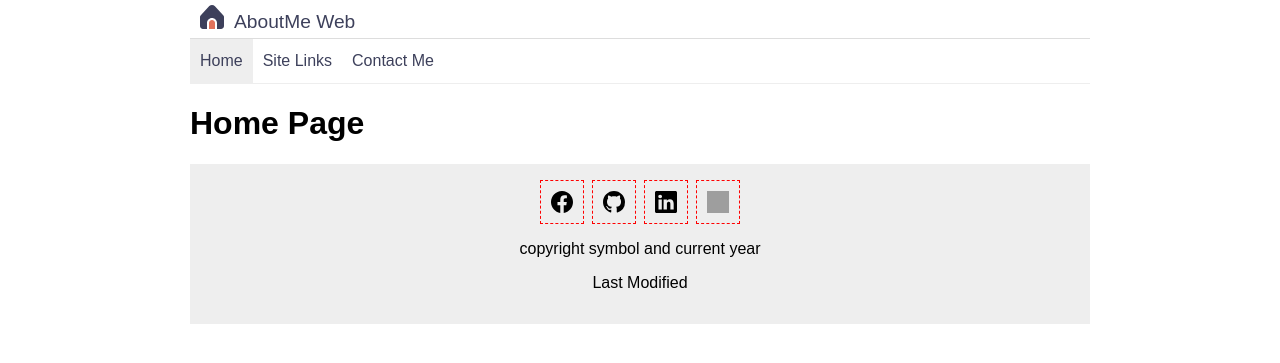
Repository: JoyUdoh106/wdd231
Page: index.html
An editor plug-in stored every save of this project. The page is shown before and after a run of saves, followed by the edit.
The browser window is 1280 px wide. The pictures show the whole page.
Pictures or frames that could not be fetched are drawn as grey boxes.

Above is the page before, as saved 2026-01-10 20:23:47.

After the next 2 saves:
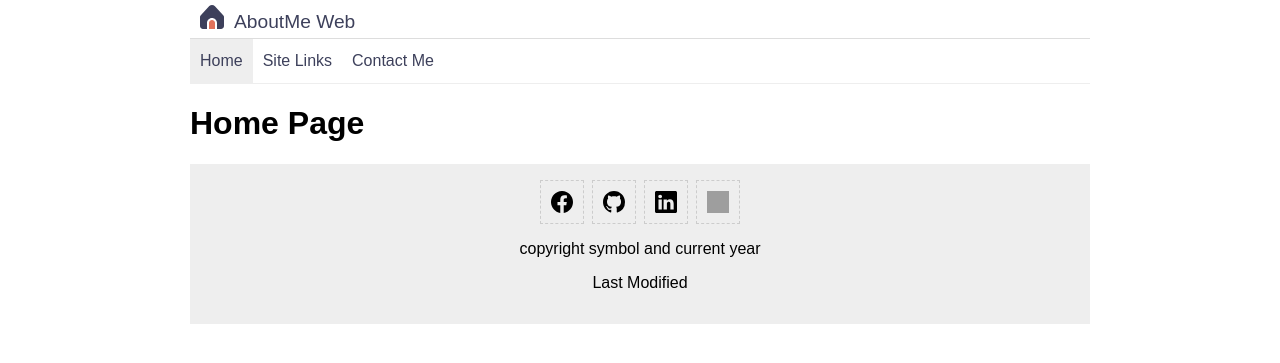
The 2 saves are shown as one change because they came seconds apart.
The last was saved 25 s later.
--- a/styles/base.css
+++ b/styles/base.css
@@ -104,7 +104,7 @@ footer {
     align-items: center;
     width: 44px;
     height: 44px;
-    border: red dashed 1px;
+    border: #ccc dashed 1px;
 }
 
 .social img {
